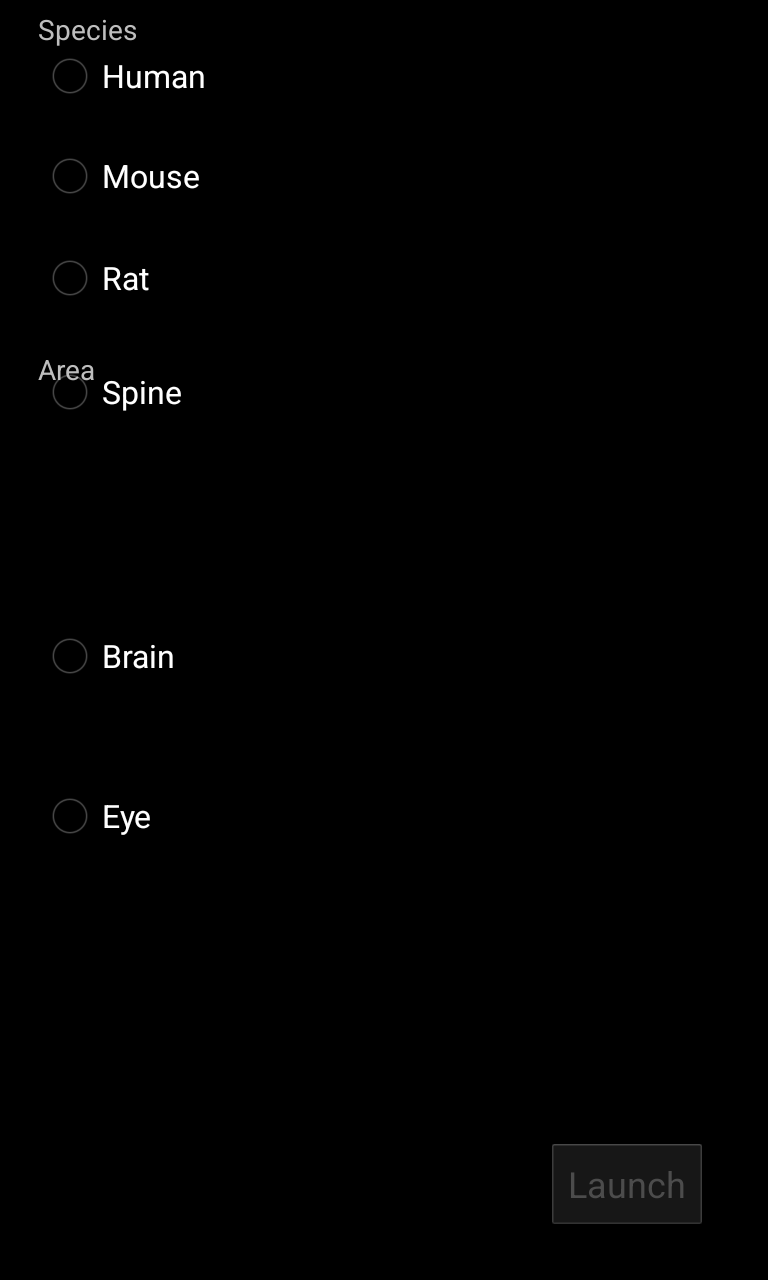
Repository: Ekarg/CSCE315Project3
Layout: Project3/res/layout/activity_main.xml
These files come from the project's save history. The layout is drawn as it stood at one moment and after the next save; the edit follows.
It is drawn on a 768 x 1280 px phone screen (xhdpi) without system bars, with theme android:Theme.Holo; the app's code is not run.

Above is the layout before, as saved 2013-11-27 20:10:46.

### Project3/res/layout/activity_main.xml
<RelativeLayout xmlns:android="http://schemas.android.com/apk/res/android"
    xmlns:tools="http://schemas.android.com/tools"
    android:layout_width="match_parent"
    android:layout_height="match_parent"
    android:paddingBottom="5dp"
    android:paddingLeft="5dp"
    android:paddingRight="5dp"
    android:paddingTop="5dp"
    tools:context=".MainActivity" >

    <Button
        android:id="@+id/button1"
        android:layout_width="wrap_content"
        android:layout_height="wrap_content"
        android:layout_alignParentBottom="true"
        android:layout_alignParentRight="true"
        android:layout_marginBottom="19dp"
        android:layout_marginRight="24dp"
        android:enabled = "false"
		android:onClick="launch"
        android:text="@string/Button" />

    <TextView
        android:id="@+id/textView1"
        android:layout_width="wrap_content"
        android:layout_height="wrap_content"
        android:layout_marginLeft="14dp"
        android:layout_alignParentTop="true"
        android:text="@string/species" />

   <RadioGroup
        android:id="@+id/radioGroup1"
        android:layout_width="fill_parent"
        android:layout_height="wrap_content"
        android:layout_alignParentTop="true"
        android:layout_centerHorizontal="true"
        android:orientation="vertical" >

        <RadioButton
            android:id="@+id/radioButton1"
            android:layout_width="wrap_content"
            android:layout_height="wrap_content"
            android:layout_marginLeft="14dp"
            android:checked = "false"
            android:layout_marginTop="17dp"
            android:text="@string/human"
            android:onClick="onRadioButtonClicked"/>

        <RadioButton
            android:id="@+id/radioButton2"
            android:layout_width="wrap_content"
            android:layout_height="wrap_content"
            android:layout_marginLeft="14dp"
            android:checked = "false"
            android:layout_marginTop="18dp"
            android:text="@string/mouse"
            android:onClick="onRadioButtonClicked"/>

        <RadioButton
            android:id="@+id/radioButton3"
            android:layout_width="wrap_content"
            android:layout_height="wrap_content"
            android:layout_marginLeft="14dp"
            android:checked = "false"
            android:layout_marginTop="19dp"
            android:text="@string/rat"
            android:onClick="onRadioButtonClicked"/>
    </RadioGroup>

    <TextView
        android:id="@+id/textView2"
        android:layout_width="wrap_content"
        android:layout_height="wrap_content"
        android:layout_alignLeft="@+id/textView1"
        android:layout_below="@+id/radioGroup1"
        android:layout_marginTop="20dp"
        android:text="@string/area"
        android:onClick="onRadioButtonClicked" />

     <RadioGroup
        android:id="@+id/radioGroup2"
        android:layout_width="fill_parent"
        android:layout_height="wrap_content"
        android:layout_alignParentTop="true"
        android:layout_centerHorizontal="true"
        android:orientation="vertical" >

	    <RadioButton
	        android:id="@+id/radioButton4"
	        android:layout_width="wrap_content"
            android:layout_height="wrap_content"
            android:layout_marginLeft="14dp"
            android:checked = "false"
            android:layout_marginTop="175dp"
	        android:onClick="onRadioButtonClicked"
	        android:text="@string/spine" />

	    <RadioButton
	        android:id="@+id/radioButton5"
	        android:layout_width="wrap_content"
	        android:layout_height="wrap_content"
	        android:layout_marginLeft="14dp"
	        android:layout_marginTop="100dp"
	        android:checked="false"
	        android:onClick="onRadioButtonClicked"
	        android:text="@string/brain" />

	     <RadioButton
         android:id="@+id/radioButton6"
         android:layout_width="wrap_content"
         android:layout_height="wrap_content"
         android:checked = "false"
         android:layout_marginLeft="14dp"
         android:layout_marginTop="48dp"
         android:text="@string/eye"
         android:onClick="onRadioButtonClicked" />
	</RadioGroup>



</RelativeLayout>

### Project3/res/values/strings.xml
<?xml version="1.0" encoding="utf-8"?>
<resources>

    <string name="app_name">Show Me the.... Neuron!</string>
    <string name="action_settings">Settings</string>
    <string name="hello_world">Hello world!</string>
    <string name="Button">Launch</string>
    <string name="title_activity_second">Neuron Display</string>
    <string name="species">Species</string>
    <string name="human">Human</string>
    <string name="mouse">Mouse</string>
    <string name="rat">Rat</string>
    <string name="area">Area</string>
    <string name="eye">Eye</string>
    <string name="brain">Brain</string>
    <string name="spine">Spine</string>


</resources>

After the next save:
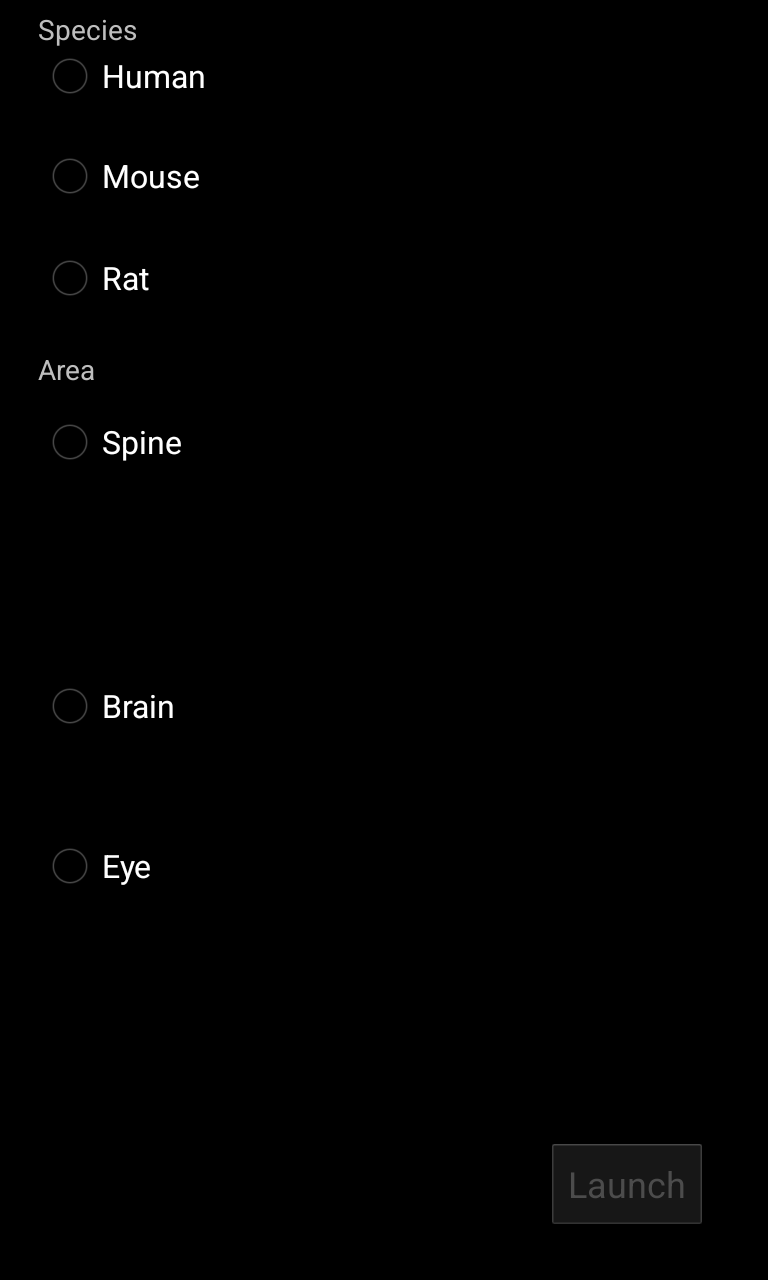
Saved 8 s later.
--- a/Project3/res/layout/activity_main.xml
+++ b/Project3/res/layout/activity_main.xml
@@ -91,7 +91,7 @@
             android:layout_height="wrap_content"
             android:layout_marginLeft="14dp"
             android:checked = "false"
-            android:layout_marginTop="175dp"
+            android:layout_marginTop="200dp"
 	        android:onClick="onRadioButtonClicked"
 	        android:text="@string/spine" />
 
